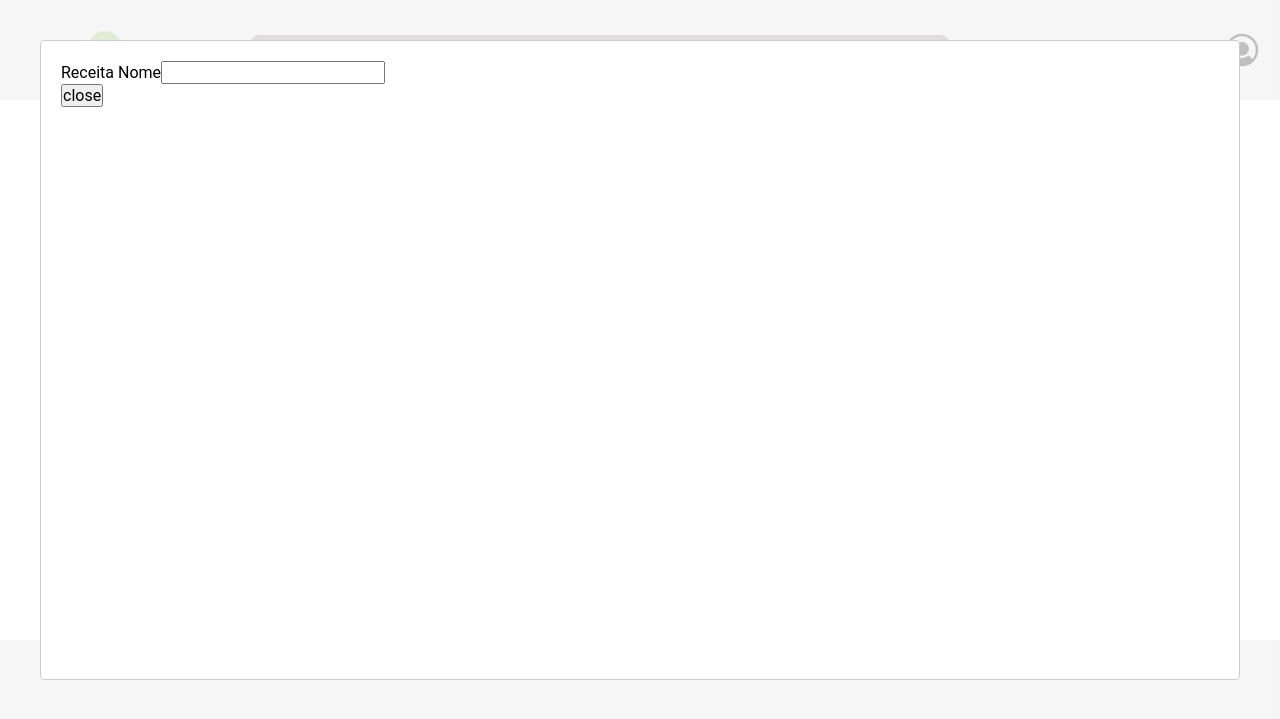
Repository: GabrielEduardoBrambilla/receitas-online
Page: /, after clicking the first element matching `button`
The author's editor kept a copy of each file at every save. The page is drawn from the files as they stood at one save, then again after the next save.
The browser window is 1280 px wide. The pictures show the whole page.
The project was rebuilt for these pictures with package versions that can differ from the ones it lists, and the page was loaded fresh each time. Also part of the build but not shown: vite.config.js.

Above is the page before, as saved 2024-04-15 21:23:05.

### src/pages/Home/index.jsx
import React from 'react'
import { Container, TitleWrapper, CardWrapper } from './styles'
import { Navbar } from '../../components/Navbar'
import { RecipeCard } from '../../components/RecipeCard'
import { RecipeRegisterModal } from '../../components/RecipeRegisterModal'

export function Home() {
  return <Container>
    <Navbar />
    <main>
      <TitleWrapper>
        <h2>Receitas</h2>
        <RecipeRegisterModal buttonText="Cadastrar - Receita"/>
      </TitleWrapper>

      <CardWrapper>
        <RecipeCard />
        <RecipeCard />
        <RecipeCard />
        <RecipeCard />
        <RecipeCard />
        <RecipeCard />
      </CardWrapper>
    </main>

    <footer></footer>
  </Container>
}

### src/styles/global.js
import { createGlobalStyle } from 'styled-components'

export const GlobalStyle = createGlobalStyle`
  * {
    margin: 0;
    padding: 0;
    box-sizing: border-box;
  }

  :focus {
    outline: none;
  }

  body {
    -webkit-font-smoothing: antialiased;
  }

  body, input, textarea, button {
    font-family: 'Roboto', sans-serif;
    font-weight: 400;
    font-size: 1rem;
  }
`

### src/pages/Home/styles.js
import styled from 'styled-components'

export const Container = styled.div`
  display: flex;
  justify-content: space-between;
  flex-direction: column;
  min-height: 100vh;

  > main {
    display: flex;
    flex-direction: column;
    gap: 24px;
    justify-content: center;
    align-items: c;
    /* min-height: 80vh; */
    max-width: 1000px;
    margin: auto;
  }

  > footer {
    height: 80px;
    width: 100%;
    background-color: #d9d9d9;
  }
`
export const TitleWrapper = styled.div`
  display: flex;
  gap: 16px;

  font-size: 24px;
  font-weight: bold;

  > button {
    font-size: 16px;
    line-height: 0%;
    font-weight: bold;
    color: white;
    background-color: #85bb5d;
    border-radius: 9px;
    border: none;
    padding: 5px 34px;
  }
`
export const CardWrapper = styled.div`
  display: grid;
  grid-template-columns: 1fr 1fr;
  gap: 16px;
`

### src/components/Navbar/index.jsx
import {
  Container, LogoContainer,
  SearchForm,
  UserWrapper
} from './styles'
import Logo from '../../assets/Logo.svg'
import { UserCircle, MagnifyingGlass, Heart } from 'phosphor-react'

export function Navbar() {
  return (
    <Container>

      <LogoContainer>
        <img src={Logo} alt="" />
      </LogoContainer>


      <SearchForm>
        <label htmlFor="search">
          <MagnifyingGlass size={16} weight="bold" />
        </label>
        <input type="text" id='search' placeholder='Procure sua receita aqui' />
      </SearchForm>


      <UserWrapper>
        <p>Username</p>
        <UserCircle size={40} weight="fill" />

      </UserWrapper>


    </Container>
  )
}

### src/components/RecipeCard/index.js
import React from 'react'
import { Container } from './styles'

export function RecipeCard() {
  return <Container>Home</Container>
}

### src/components/RecipeRegisterModal/index.jsx
import React from 'react'
import { Container } from './styles'
import { DefaultModal } from '../DefaultModal'
import { InputForm } from '../InputForm'

export function RecipeRegisterModal({buttonText}) {
  return <DefaultModal buttonText={buttonText}>
    <form>
      <InputForm name="recipeName" displayName="Receita Nome"/>
    </form>
  </DefaultModal>
}

### src/components/Navbar/styles.js
import styled from 'styled-components'

export const Container = styled.div`
  display: flex;
  flex: 1;
  justify-content: space-between;
  align-items: center;

  background-color: #d9d9d9;
  max-height: 100px;

  padding: 0px 10px 0px 80px;
`
export const LogoContainer = styled.div`
  > img {
    width: 50px;
    height: 50px;
    object-fit: cover;
  }
`
export const SearchForm = styled.form`
  display: flex;
  gap: 16px;
  align-items: center;
  width: 700px;
  height: 30px;
  background-color: #7f7777;
  border-radius: 9px;
  padding: 6px 16px;

  > input {
    background-color: #7f7777;
    border: none;
    color: white;

    &::placeholder {
      color: white;
    }
  }
`
export const UserWrapper = styled.div`
  display: flex;
  gap: 16px;
  align-items: center;
  padding: 8px;
  border-radius: 6px;

  > p {
    font-size: 28px;
    font-weight: 500;
  }
`

### src/components/RecipeCard/styles.js
import styled from 'styled-components'
export const Container = styled.div`
  background-color: #d9d9d9;
  padding: 16px 12px 12px 16px;
  border-radius: 9px;
  width: 100%;
  max-width: 555px;

  > h3 {
    font-size: 22px;
    margin-bottom: 6px;
  }
  > p {
    font-size: 16px;
    font-weight: normal;
  }
`

### src/components/RecipeRegisterModal/styles.js
import styled from 'styled-components'
export const Container = styled.div``

### src/components/DefaultModal/index.jsx
import React from 'react'
import { Container } from './styles'
import Modal from 'react-modal'

export function DefaultModal({buttonText, children}) {
  const [modalIsOpen, setIsOpen] = React.useState(false);

  function openModal() {
    setIsOpen(true);
  }

  function closeModal() {
    setIsOpen(false);
  }

  return <Container>
      <button onClick={openModal}>{buttonText}</button>
      <Modal
        isOpen={modalIsOpen}
        onRequestClose={closeModal}
      >
        {children}
        <button onClick={closeModal}>close</button>
      </Modal>
  </Container>
}

### src/components/InputForm/index.jsx
import React from 'react'
import { Container, Input, Label } from './styles'

export function InputForm({name, displayName}) {
  return <Container>
    <Label htmlFor={name}>{displayName}</Label>
    <Input type="text" name={name} />
  </Container>
}

### src/components/DefaultModal/styles.js
import styled from 'styled-components'
export const Container = styled.div``

### src/components/InputForm/styles.js
import styled from 'styled-components'
export const Container = styled.div``
export const Input = styled.input`

`
export const Label = styled.label`

`

Loaded but not shown: index.html (common file); src/main.jsx (common file); src/App.jsx (common file)

After the next save:
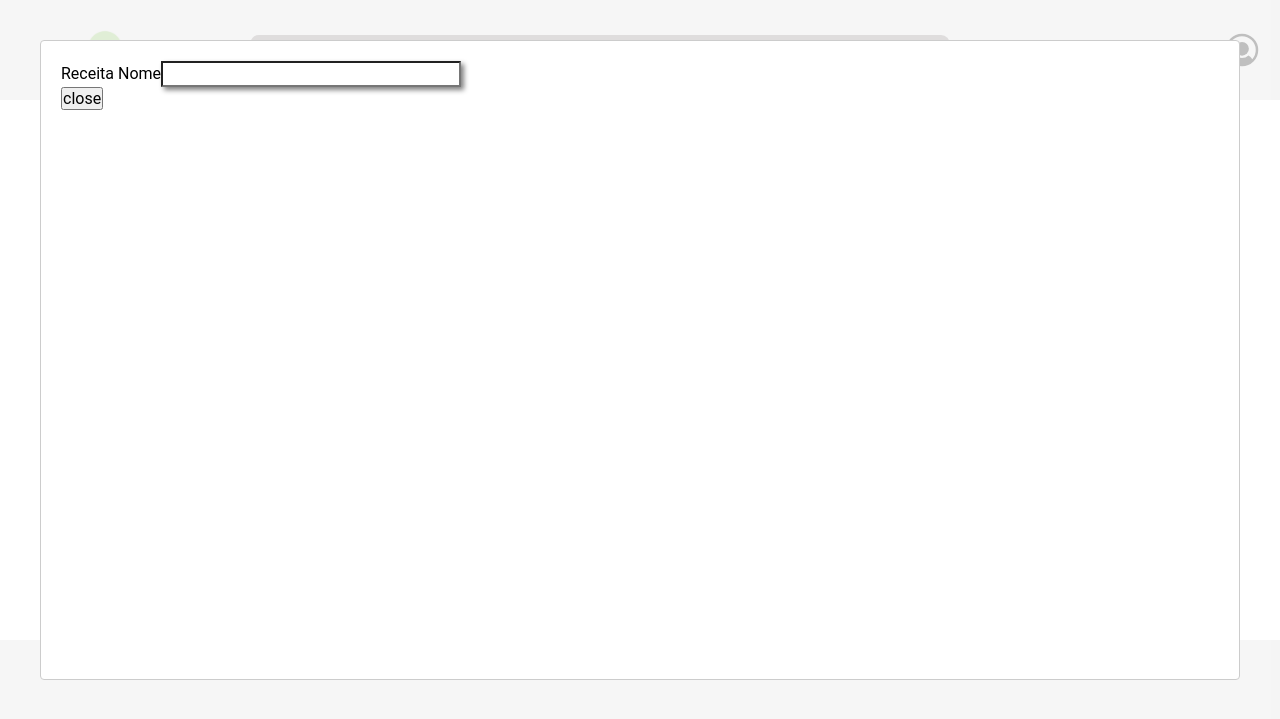
Saved 2 min 30 s later.
--- a/src/components/InputForm/styles.js
+++ b/src/components/InputForm/styles.js
@@ -1,7 +1,11 @@
 import styled from 'styled-components'
 export const Container = styled.div``
 export const Input = styled.input`
-
+  padding: 3px;
+  box-shadow: 3px 3px 5px grey;
+  font-size: 14px;
+  font-weight: 600;
+  width: 300px;
 `
 export const Label = styled.label`
 
